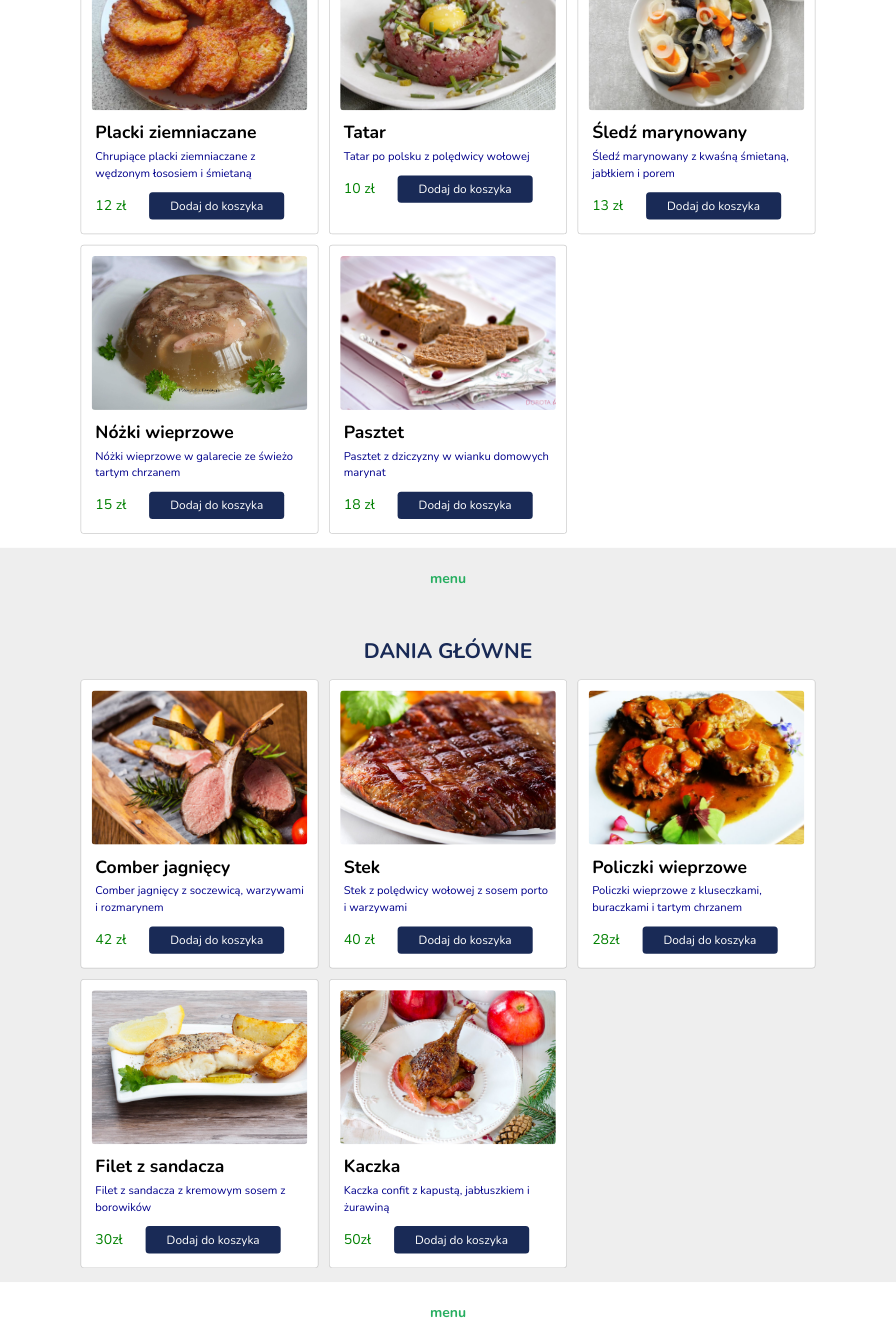
Repository: bartlomiejcichewicz/pasibrzuch
Page: index.html
These files come from the project's save history. The page is drawn as it stood at one moment and after the next save; the edit follows.
The browser window is 1280 px wide. The pictures show the part of the page from y = 882 to 2802 px (the page is 4166 px tall), at 70% of full size.

Above is the page before, as saved 2022-02-22 13:38:48.

### index.html
<!DOCTYPE html>
<html lang="pl-PL">
<head>
    <meta charset="utf-8">
    <meta name="viewport" content="width=device-width, initial-scale=1.0">
    <title>Pasibrzuch</title>
    <link rel="stylesheet" href="https://cdnjs.cloudflare.com/ajax/libs/font-awesome/5.15.3/css/all.min.css">
    <link rel="stylesheet" href="css/about.css">
    <link rel="stylesheet" href="css/menu.css">
    <link rel="stylesheet" href="css/footer.css">
    <link rel="stylesheet" href="css/styles.css">

</head>
<body>

<header>

    <a href="#" class="logo"><img src="./images/logo.jpg"></a>

    <nav class="navbar">
        <a href="#">O Nas</a>
        <a href="#appetizers">Przystawki</a>
        <a href="#maincourse">Dania Główne</a>
        <a href="#drinks">Napoje</a>
        <a href="#contact">Kontakt</a>
    </nav>

    <div class="icons">
        <i class="fas fa-bars" id="menu-bars"></i>
        <a href="#" class="fas fa-shopping-cart"></a>
    </div>

</header>

<section class="about" id="about">

    <h3 class="sub-heading">o nas</h3>
    <h1 class="heading">Catering Pasibrzuch</h1>

    <div class="row">

        <div class="image">
            <img src="images/about-img.png" alt="">
        </div>

        <div class="content">
            <h3>Najlepsze jedzenie w Warszawie!</h3>
            <p>Jako firma z wieloletnim doświadczeniem przykładamy dużą uwagę do elastyczności w obsłudze klientów oraz dbałości o świeżość i jakość produktów wykorzystywanych w naszych daniach.</p>
            <p>Najsmacznniej, najtaniej, najszybciej. Zamów z dowozem już teraz.</p>
            <div class="icons-container">
                <div class="icons">
                    <i class="fas fa-shipping-fast"></i>
                    <span>Darmowa dostawa</span>
                </div>
                <div class="icons">
                    <i class="fas fa-dollar-sign"></i>
                    <span>Łatwa płatność</span>
                </div>
                <div class="icons">
                    <i class="fas fa-headset"></i>
                    <span>Serwis telefoniczny 24/7</span>
                </div>
            </div>
        </div>

    </div>

</section>

<section class="menu" id="appetizers">

    <h3 class="sub-heading">menu</h3>
    <h1 class="heading">przystawki</h1>

    <div class="box-container">

        <div class="box">
            <div class="image">
                <img src="images/menu-1.jpg" alt="">
            </div>
            <div class="content">
                <h3>Placki ziemniaczane</h3>
                <p>Chrupiące placki ziemniaczane z wędzonym łososiem i śmietaną</p>
                <span class="price">12 zł</span>
                <a href="#" class="btn">Dodaj do koszyka</a>
            </div>
        </div>

        <div class="box">
            <div class="image">
                <img src="images/menu-2.jpeg" alt="">
            </div>
            <div class="content">
                <h3>Tatar</h3>
                <p>Tatar po polsku z polędwicy wołowej</p>
                <span class="price">10 zł</span>
                <a href="#" class="btn">Dodaj do koszyka</a>

            </div>
        </div>

        <div class="box">
            <div class="image">
                <img src="images/menu-3.jpeg" alt="">
            </div>
            <div class="content">
                <h3>Śledź marynowany</h3>
                <p>Śledź marynowany z kwaśną śmietaną, jabłkiem i porem</p>
                <span class="price">13 zł</span>
                <a href="#" class="btn">Dodaj do koszyka</a>
            </div>
        </div>

        <div class="box">
            <div class="image">
                <img src="images/menu-4.jpg" alt="">
            </div>
            <div class="content">
                <h3>Nóżki wieprzowe</h3>
                <p>Nóżki wieprzowe w galarecie ze świeżo tartym chrzanem</p>
                <span class="price">15 zł</span>
                <a href="#" class="btn">Dodaj do koszyka</a>
            </div>
        </div>

        <div class="box">
            <div class="image">
                <img src="images/menu-5.jpg" alt="">
            </div>
            <div class="content">
                <h3>Pasztet</h3>
                <p>Pasztet z dziczyzny w wianku domowych marynat</p>
                <span class="price">18 zł</span>
                <a href="#" class="btn">Dodaj do koszyka</a>
            </div>
        </div>

    </div>

</section>

<section class="menu" id="maincourse">

    <h3 class="sub-heading">menu</h3>
    <h1 class="heading">dania główne</h1>

    <div class="box-container">

        <div class="box">
            <div class="image">
                <img src="images/menu-6.jpg" alt="">
            </div>
            <div class="content">
                <h3>Comber jagnięcy</h3>
                <p>Comber jagnięcy z soczewicą, warzywami i rozmarynem</p>
                <span class="price">42 zł</span>
                <a href="#" class="btn">Dodaj do koszyka</a>
            </div>
        </div>

        <div class="box">
            <div class="image">
                <img src="images/menu-7.jpg" alt="">
            </div>
            <div class="content">
                <h3>Stek</h3>
                <p>Stek z polędwicy wołowej z sosem porto i warzywami</p>
                <span class="price">40 zł</span>
                <a href="#" class="btn">Dodaj do koszyka</a>
            </div>
        </div>

        <div class="box">
            <div class="image">
                <img src="images/menu-8.jpg" alt="">
            </div>
            <div class="content">
                <h3>Policzki wieprzowe</h3>
                <p>Policzki wieprzowe z kluseczkami, buraczkami i tartym chrzanem</p>
                <span class="price">28zł</span>
                <a href="#" class="btn">Dodaj do koszyka</a>
            </div>
        </div>

        <div class="box">
            <div class="image">
                <img src="images/menu-9.jpg" alt="">
            </div>
            <div class="content">
                <h3>Filet z sandacza</h3>
                <p>Filet z sandacza z kremowym sosem z borowików</p>
                <span class="price">30zł</span>
                <a href="#" class="btn">Dodaj do koszyka</a>
            </div>
        </div>

        <div class="box">
            <div class="image">
                <img src="images/menu-10.jpg" alt="">
            </div>
            <div class="content">
                <h3>Kaczka</h3>
                <p>Kaczka confit z kapustą, jabłuszkiem i żurawiną</p>
                <span class="price">50zł</span>
                <a href="#" class="btn">Dodaj do koszyka</a>
            </div>
        </div>

    </div>

</section>

<section class="menu" id="drinks">

    <h3 class="sub-heading">menu</h3>
    <h1 class="heading">napoje</h1>

    <div class="box-container">

        <div class="box">
            <div class="image">
                <img src="images/menu-11.jpg" alt="">
            </div>
            <div class="content">
                <h3>koktail gejpfrutowo-jabłkowy</h3>
                <p>grejpfrut, jabłko, imbir (200ml)</p>
                <span class="price">8 zł</span>
                <a href="#" class="btn">Dodaj do koszyka</a>
            </div>
        </div>

        <div class="box">
            <div class="image">
                <img src="images/menu-11.jpg" alt="">
            </div>
            <div class="content">
                <h3>koktail grejpfrutowo-truskawkowy</h3>
                <p>truskawki, grejpfrut, mięta (200ml)</p>
                <span class="price">8 zł</span>
                <a href="#" class="btn">Dodaj do koszyka</a>
            </div>
        </div>

        <div class="box">
            <div class="image">
                <img src="images/menu-11.jpg" alt="">
            </div>
            <div class="content">
                <h3>Koktail jabłkowo-truskawkowy</h3>
                <p>truskawki, jabłko, mięta (200ml)</p>
                <span class="price">8zł</span>
                <a href="#" class="btn">Dodaj do koszyka</a>
            </div>
        </div>

        <div class="box">
            <div class="image">
                <img src="images/menu-11.jpg" alt="">
            </div>
            <div class="content">
                <h3>Koktail bananowo-jabłkowy</h3>
                <p>banan, jabłko, imbir (200ml)</p>
                <span class="price">10zł</span>
                <a href="#" class="btn">Dodaj do koszyka</a>
            </div>
        </div>

        <div class="box">
            <div class="image">
                <img src="images/menu-11.jpg" alt="">
            </div>
            <div class="content">
                <h3>Koktail jabłkowo-pomarańczowy</h3>
                <p>jabłko, pomarańcza, imbir (200ml)</p>
                <span class="price">10zł</span>
                <a href="#" class="btn">Dodaj do koszyka</a>
            </div>
        </div>

    </div>

</section>

<section class="footer" id="contact">

    <div class="box-container">

        <div class="box">
            <h3>Lokalizacja</h3>
                <div class="mapouter">
                <div class="gmap_canvas">
                    <iframe id="gmap_canvas" src="https://maps.google.com/maps?q=warszawa%20kwitn%C4%85ca%2017&t=&z=17&ie=UTF8&iwloc=&output=embed" frameborder="0" scrolling="no" marginheight="0" marginwidth="0">
                    </iframe>
                </div>
            </div>
        </div>

        <div class="box">
            <h3>Kontakt</h3>
            <a>+48 777 333 111</a>
            <a>+48 777 333 222</a>
            <a>kontakt@pasibrzuch.pl</a>
            <a>ul. Kwitnąca 17</a>
            <a>01-926 Warszawa</a>
        </div>

        <div class="box">
            <h3>Śledź nas</h3>
            <a href="#">Facebook</a>
            <a href="#">Twitter</a>
            <a href="#">Instagram</a>
        </div>

        <div class="box">
            <h3>Nawigacja</h3>
            <a href="#">O Nas</a>
            <a href="#appetizers">Przystawki</a>
            <a href="#maincourse">Dania główne</a>
            <a href="#drinks">Napoje</a>
        </div>
    </div>

</section>

</body>
</html>

### css/about.css

.about .row{
    display: flex;
    flex-wrap: wrap;
    gap:1.5rem;
    align-items: center;
}

.about .row .image{
    flex:1 1 45rem;
}

.about .row .image img{
    width: 100%;
}

.about .row .content{
    flex:1 1 45rem;
}

.about .row .content h3{
    color:black);
    font-size: 4rem;
    padding:.5rem 0;
}

.about .row .content p{
    color:darkblue;
    font-size: 1.5rem;
    padding:.5rem 0;
    line-height: 2;
}

.about .row .content .icons-container{
    display: flex;
    gap:1rem;
    flex-wrap: wrap;
    padding:1rem 0;
    margin-top: .5rem;
}

.about .row .content .icons-container .icons{
    background:#eee;
    border-radius: .5rem;
    border:.1rem solid rgba(0,0,0,.2);
    display: flex;
    align-items: center;
    justify-content: center;
    gap:1rem;
    flex:1 1 17rem;
    padding:1.5rem 1rem;
}

.about .row .content .icons-container .icons i{
    font-size: 2.5rem;
    color:green;
}

.about .row .content .icons-container .icons span{
    font-size: 1.5rem;
    color: black;
}

### css/menu.css
.menu .box-container{
    display: grid;
    grid-template-columns: repeat(auto-fit, minmax(30rem, 1fr));
    gap:1.5rem;
}

.menu .box-container .box{
    background: #fff;
    border:.1rem solid rgba(0,0,0,.2);
    border-radius: .5rem;
    box-shadow: grey;
}

.menu .box-container .box .image{
    height: 25rem;
    width: 100%;
    padding:1.5rem;
    overflow: hidden;
    position: relative;
}

.menu .box-container .box .image img{
    height: 100%;
    width: 100%;
    border-radius: .5rem;
    object-fit: cover;
}

.menu .box-container .box .image .fa-heart{
    position: absolute;
    top:2.5rem; right: 2.5rem;
    height: 5rem;
    width: 5rem;
    line-height: 5rem;
    text-align: center;
    font-size: 2rem;
    background: #fff;
    border-radius: 50%;
    color:black;
}

.menu .box-container .box .image .fa-heart:hover{
    background-color: green;
    color:#fff;
}

.menu .box-container .box .content{
    padding:2rem;
    padding-top: 0;
}

.menu .box-container .box .content .stars{
    padding-bottom: 1rem;
}

.menu .box-container .box .content .stars i{
   font-size: 1.7rem;
   color:green;
}

.menu .box-container .box .content h3{
    color:black;
    font-size: 2.5rem;
}

.menu .box-container .box .content p{
    color:darkblue;
    font-size: 1.6rem;
    padding:.5rem 0;
    line-height: 1.5;
}

.menu .box-container .box .content .price{
    color:green;
    margin-right: 3rem;
    font-size: 2rem;
}

### css/footer.css
.footer .box-container{
    display: grid;
    grid-template-columns: repeat(auto-fit, minmax(25rem, 1fr));
    gap:1.5rem;
}

.footer .box-container .box h3{
    padding:.5rem 0;
    font-size: 2.5rem;
    color: black;
}

.footer .box-container .box a{
    display: block;
    padding:.5rem 0;
    font-size: 1.5rem;
    color: darkblue;
}

.footer .box-container .box a:hover{
    color: green;
    text-decoration: underline;
}

.footer .credit{
    text-align: center;
    border-top: .1rem solid rgba(0,0,0,.1);
    font-size: 2rem;
    color: black;
    padding:.5rem;
    padding-top: 1.5rem;
    margin-top: 1.5rem;
}

.footer .credit span{
    color: green;
}

.mapouter {
    position: relative;
    text-align: right;
    height: 300px;
    width: 300px;
}

.gmap_canvas { overflow: hidden;
    background: none!important;
    height: 300px;
    width:300px;
}

iframe {
    width: 300px;
    height: 300px;
}

### css/styles.css
@import url('https://fonts.googleapis.com/css2?family=Nunito:wght@200;300;400;600;700&display=swap');

:root{
    --green:#27ae60;
    --black:#192a56;
    --light-color:#666;
    --box-shadow:0 .5rem 1.5rem rgba(0,0,0,.1);
}

*{
    font-family: 'Nunito', sans-serif;
    margin:0; padding:0;
    box-sizing: border-box;
    text-decoration: none;
    outline: none; border:none;
    transition: all .2s linear;
}

html{
    font-size: 62.5%;
    overflow-x: hidden;
    scroll-padding-top: 5.5rem;
    scroll-behavior: smooth;
}

section{
    padding:2rem 9%;
}

section:nth-child(even){
    background:#eee;
}

.sub-heading{
    text-align: center;
    color:var(--green);
    font-size: 2rem;
    padding-top: 1rem;
}

.heading{
    text-align: center;
    color:var(--black);
    font-size: 3rem;
    padding-bottom: 2rem;
    padding-top: 7rem;
    text-transform: uppercase;
}

.btn{
    margin-top: 1rem;
    display: inline-block;
    font-size: 1.7rem;
    color:#fff;
    background: var(--black);
    border-radius: .5rem;
    cursor: pointer;
    padding:.8rem 3rem;
}

.btn:hover{
    background: var(--green);
    letter-spacing: .1rem;
}

header{
    position: fixed;
    top:0; left: 0; right:0;
    background: #fff;
    padding:1rem 7%;
    display: flex;
    align-items: center;
    justify-content: space-between;
    z-index: 1000;
    box-shadow: var(--box-shadow);
}

header .logo{
    color:var(--black);
    font-size: 2.5rem;
    font-weight: bolder;
}

header .logo i{
    color:var(--green);
}

header .navbar a{
    font-size: 1.7rem;
    border-radius: .5rem;
    padding:.5rem 1.5rem;
    color:var(--light-color);
}

header .navbar a.active,
header .navbar a:hover{
    color:#fff;
    background: var(--green);
}

header .icons i,
header .icons a{
    cursor: pointer;
    margin-left: .5rem;
    height:4.5rem;
    line-height: 4.5rem;
    width:4.5rem;
    text-align: center;
    font-size: 1.7rem;
    color:var(--black);
    border-radius: 50%;
    background: #eee;
}

header .icons i:hover,
header .icons a:hover{
    color:#fff;
    background: var(--green);
    transform: rotate(360deg);
}

header .icons #menu-bars{
    display: none;
}

@media (max-width:991px){

    html{
        font-size: 55%;
    }

    header{
        padding:1rem 2rem;
    }

    section{
        padding:2rem;
    }


}

@media (max-width:768px){

    header .icons #menu-bars{
        display: inline-block;
    }

    header .navbar{
        position: absolute;
        top:100%; left:0; right:0;
        background:#fff;
        border-top: .1rem solid rgba(0,0,0,.2);
        border-bottom: .1rem solid rgba(0,0,0,.2);
        padding:1rem;
        clip-path: polygon(0 0, 100% 0, 100% 0, 0 0);
    }

    header .navbar.active{
        clip-path: polygon(0 0, 100% 0, 100% 100%, 0% 100%);
    }

    header .navbar a{
        display: block;
        padding:1.5rem;
        margin:1rem;
        font-size: 2rem;
        background:#eee;
    }

    .home .home-slider .slide .content h3{
        font-size: 5rem;
    }

}

@media (max-width:450px){

    html{
        font-size: 50%;
    }

    .dishes .box-container .box img{
        height:auto;
        width: 100%;
    }

    .order form .inputBox .input{
        width:100%;
    }

}

After the next save:
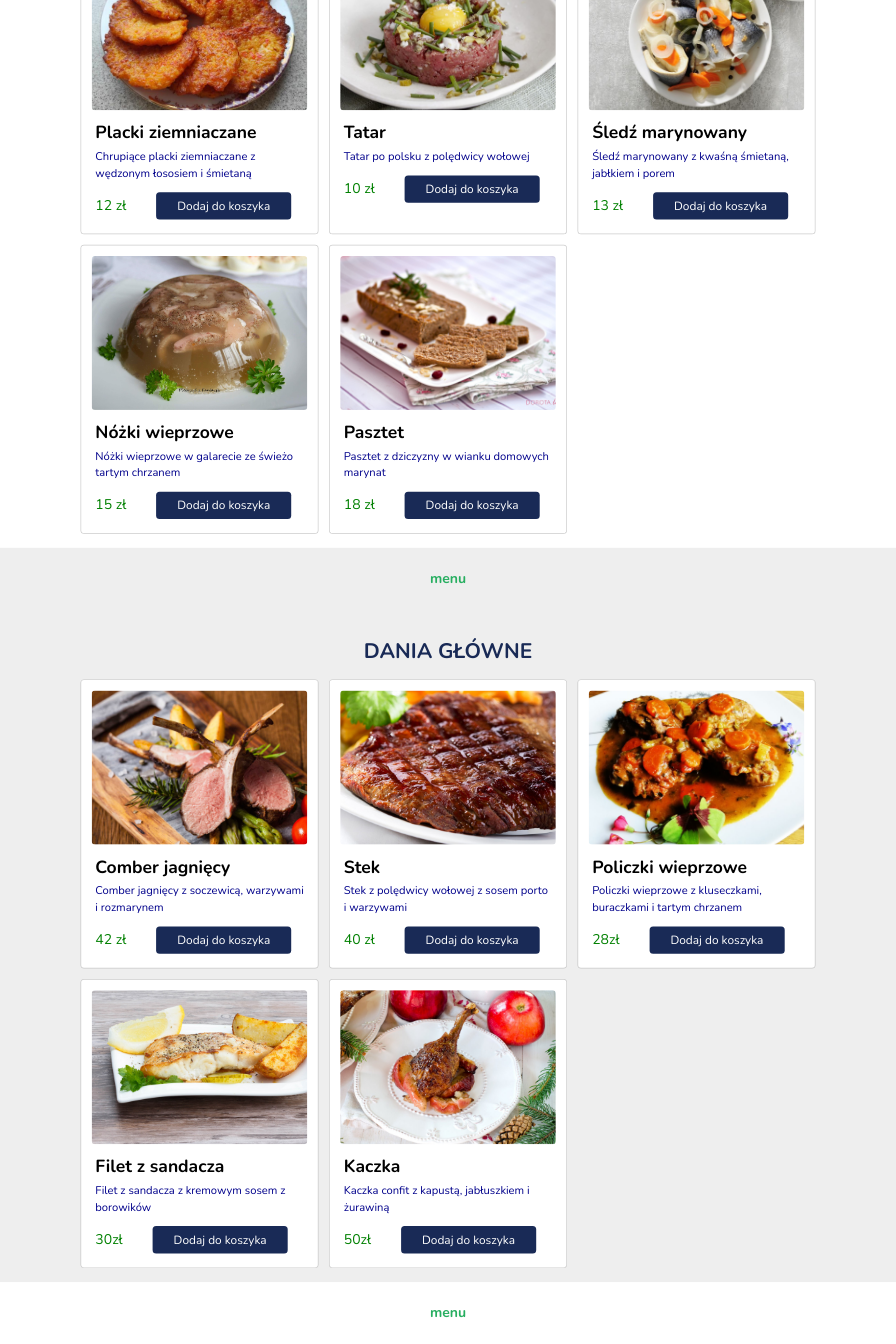
Saved 16 s later.
--- a/css/menu.css
+++ b/css/menu.css
@@ -72,6 +72,6 @@
 
 .menu .box-container .box .content .price{
     color:green;
-    margin-right: 3rem;
+    margin-right: 4rem;
     font-size: 2rem;
 }
